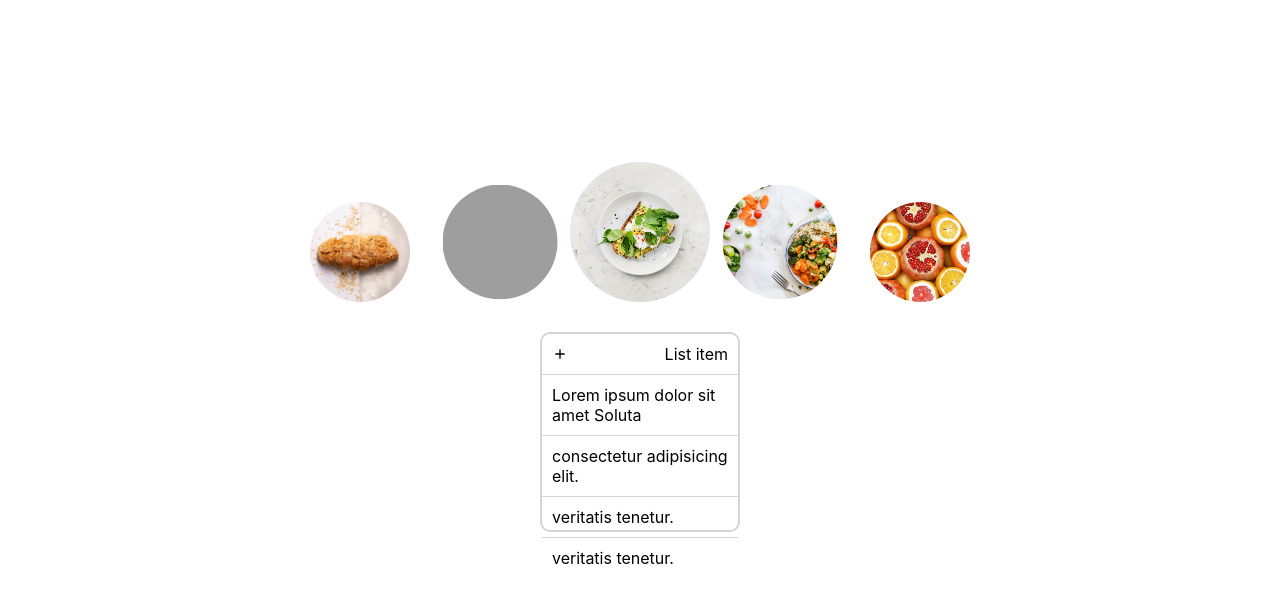
Repository: nambui98/slider
Page: /
These files come from the project's save history. The page is drawn as it stood at one moment and after the next save; the edit follows.
The browser window is 1280 px wide. The pictures show the whole page.
Pictures or frames that could not be fetched are drawn as grey boxes. The project was rebuilt for these pictures with package versions that can differ from the ones it lists, and the page was loaded fresh each time. Also part of the build but not shown: vite.config.ts.

Above is the page before, as saved 2022-04-12 14:22:33.

After the next save:
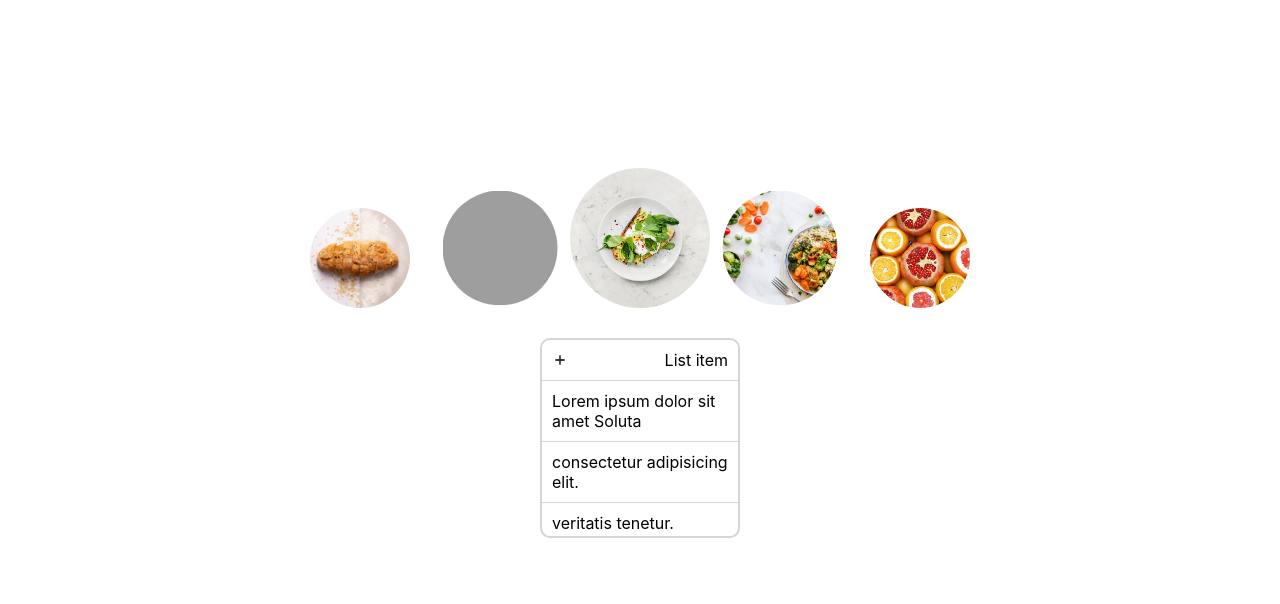
Saved 7 s later.
--- a/src/components/horizolslider/Horizolsider.tsx
+++ b/src/components/horizolslider/Horizolsider.tsx
@@ -93,6 +93,8 @@ const Item = styled.div`
         visibility: hidden;
         margin-top: 50px;
         margin-left: -30px;
+            overflow-y: scroll;
+
         ul{
             list-style: none;
             p{
